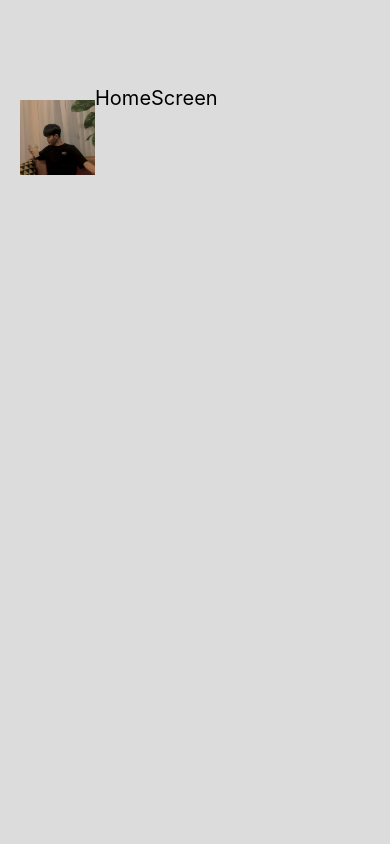
Repository: diepdung02/AppPTC
Screen: /Home
An editor plug-in stored every save of this project. The screen is shown before and after the next save, followed by the edit.
The app was drawn by React Native's web renderer in a window 390 px wide. The project was rebuilt for these pictures with package versions that can differ from the ones it lists, and the page was loaded fresh each time.

Above is the screen before, as saved 2024-06-29 13:08:23.

### App.tsx
import React from 'react';
import 'react-native-gesture-handler';
import { NavigationContainer } from '@react-navigation/native';
import { createStackNavigator } from '@react-navigation/stack';
import { createMaterialTopTabNavigator } from '@react-navigation/material-top-tabs';
import { LoginScreen, HomeScreen } from './screen/index';
import COLORS from './constants/Color';


const Stack = createStackNavigator();
const Tab = createMaterialTopTabNavigator();



const App: React.FC = () => {
  return (
    <NavigationContainer>
      <Stack.Navigator initialRouteName="Login">
        <Stack.Screen name="Login" component={LoginScreen} options={{ headerShown: false }} />
        <Stack.Screen name="Home" component={HomeScreen} options={{ headerShown: false }} />
      </Stack.Navigator>
    </NavigationContainer>
  );
};

export default App;

### screen/index.tsx
import LoginScreen from './auth/LoginScreen';
import HomeScreen from './home/HomeScreen';

export{
    LoginScreen,
    HomeScreen

}

### screen/auth/LoginScreen.tsx
import React, { useState, useEffect } from 'react';
import { View, TextInput, StyleSheet, TouchableOpacity, Text, Image } from 'react-native';
import { FontAwesome, MaterialIcons } from '@expo/vector-icons';
import { Formik } from 'formik';
import * as Yup from 'yup';
import AsyncStorage from '@react-native-async-storage/async-storage';
import COLORS from '../../constants/Color';

type LoginProps = {
  navigation: any;
};

type FormValues = {
  username: string;
  password: string;
};

const LoginScreen: React.FC<LoginProps> = ({ navigation }) => {
  const [hidePassword, setHidePassword] = useState<boolean>(true);
  const [rememberPassword, setRememberPassword] = useState<boolean>(false);

  useEffect(() => {
    const checkRememberPassword = async () => {
      try {
        const savedPassword = await AsyncStorage.getItem('password');
        if (savedPassword) {
          setRememberPassword(true);
        }
      } catch (error) {
        console.error('Error reading password from AsyncStorage:', error);
      }
    };
    checkRememberPassword();
  }, []);

  const togglePasswordVisibility = () => {
    setHidePassword(!hidePassword);
  };

  const handleLogin = (values: FormValues) => {
    // Hiện thông báo đăng nhập thành công và điều hướng đến HomeScreen
    alert('Đăng nhập thành công!');
    navigation.navigate('Home');
  };

  const validationSchema = Yup.object({
    username: Yup.string().required('Chưa nhập tên đăng nhập'),
    password: Yup.string().required('Chưa nhập mật khẩu'),
  });

  return (
    <Formik
      initialValues={{
        username: 'dung',
        password: '123',
      }}
      validationSchema={validationSchema}
      onSubmit={(values) => handleLogin(values)}
    >
      {({ values, touched, errors, handleChange, handleSubmit, handleBlur }) => (
        <View style={styles.container}>
          <Image source={require('../../assets/logo.png')} style={styles.logo} />
          <View style={styles.inputContainer}>
            <FontAwesome name="user" size={20} color="black" />
            <TextInput
              style={styles.textInput}
              placeholder="Username"
              value={values.username}
              onChangeText={handleChange('username')}
              onBlur={handleBlur('username')}
            />
          </View>
          {touched.username && errors.username && (
            <Text style={styles.errorText}>{errors.username}</Text>
          )}

          <View style={styles.inputContainer}>
            <FontAwesome name="lock" size={20} color="black" />
            <TextInput
              style={styles.textInput}
              placeholder="Password"
              secureTextEntry={hidePassword}
              value={values.password}
              onChangeText={handleChange('password')}
              onBlur={handleBlur('password')}
            />
            <TouchableOpacity onPress={togglePasswordVisibility}>
              <MaterialIcons name={hidePassword ? 'visibility-off' : 'visibility'} size={20} color="black" />
            </TouchableOpacity>
          </View>
          {touched.password && errors.password && (
            <Text style={styles.errorText}>{errors.password}</Text>
          )}

          <TouchableOpacity style={styles.loginButton} onPress={handleSubmit as any}>
            <Text style={styles.buttonText}>Login</Text>
          </TouchableOpacity>
          <TouchableOpacity onPress={() => navigation.navigate('ForgotPassword')}>
            <Text style={styles.forgotPasswordText}>Forgot Password?</Text>
          </TouchableOpacity>
        </View>
      )}
    </Formik>
  );
};

const styles = StyleSheet.create({
  container: {
    flex: 1,
    backgroundColor: COLORS.colorMain,
    alignItems: 'center',
    justifyContent: 'center',
  },
  logo: {
    width: 150,
    height: 150,
    marginBottom: 50,
  },
  inputContainer: {
    flexDirection: 'row',
    alignItems: 'center',
    backgroundColor: '#FFFFFF',
    borderRadius: 5,
    width: '80%',
    marginBottom: 20,
    padding: 10,
  },
  textInput: {
    flex: 1,
    marginLeft: 10,
  },
  loginButton: {
    backgroundColor: COLORS.blue,
    width: '80%',
    padding: 15,
    borderRadius: 5,
    alignItems: 'center',
  },
  buttonText: {
    color: 'white',
    fontSize: 16,
  },
  forgotPasswordText: {
    color: '#005A8C',
    marginTop: 20,
  },
  errorText: {
    color: 'red',
    fontSize: 12,
    marginBottom: 20,
  },
});

export default LoginScreen;

### screen/home/HomeScreen.tsx
import { View, Text, Image, StyleSheet } from 'react-native'
import React from 'react'
import COLORS from '../../constants/Color'

const HomeScreen:React.FC = () => {
  return (
    <View style={styles.container}>
      <View style={styles.inforContainer}>
        <Image source={require("../../assets/avatar.jpg")} style={styles.avatar}></Image>
      <Text style={styles.txtInfor}>HomeScreen</Text>
      </View>
    </View>
  )
}

const styles = StyleSheet.create({
  container:{
    flex:1,
    backgroundColor:COLORS.colorMain,
  },
  avatar:{
    width:75,
    height:75,
    marginTop:100,
    marginLeft:20,
  },
  inforContainer:{
    flexDirection:"row",
    alignItems:"center"
  },
  txtInfor:{
    fontSize:20,
    marginTop:20,
  }
})

export default HomeScreen

### constants/Color.tsx
const COLORS = {
    colorMain:"#DCDCDC",
    blue: "#09648C"

  };
  export default COLORS;

After the next save:
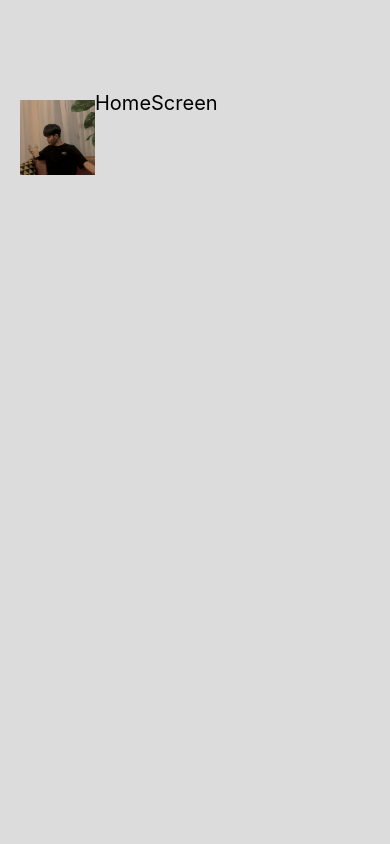
Saved 5 s later.
--- a/screen/home/HomeScreen.tsx
+++ b/screen/home/HomeScreen.tsx
@@ -30,7 +30,7 @@ const styles = StyleSheet.create({
   },
   txtInfor:{
     fontSize:20,
-    marginTop:20,
+    marginTop:30,
   }
 })
 
